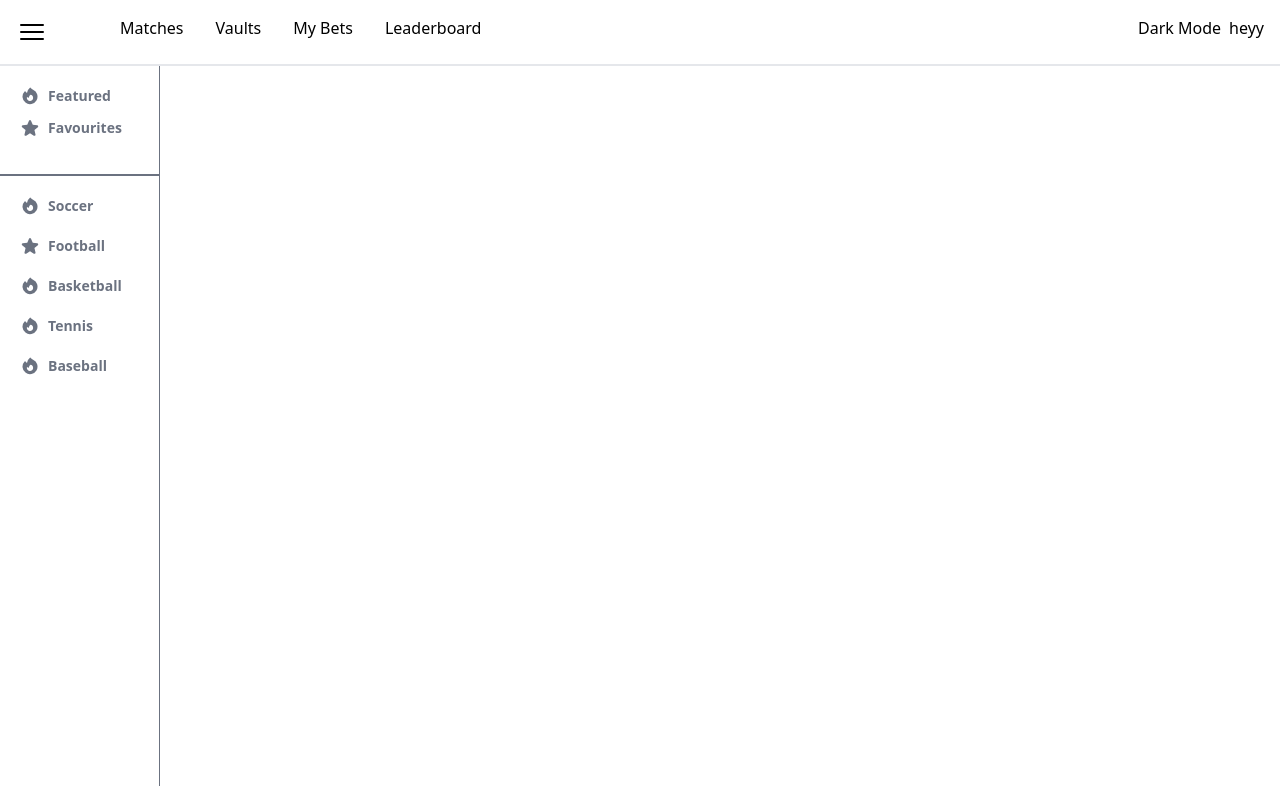
Repository: thekingisherenow/Betterbook
Page: /
These files come from the project's save history. The page is drawn as it stood at one moment and after the next save; the edit follows.
The browser window is 1280 px wide. The pictures show the whole page.
The project was rebuilt for these pictures with package versions that can differ from the ones it lists, and the page was loaded fresh each time. The framework's server and built-in components were replaced by stand-ins that run in the browser. Also part of the build but not shown: next.config.js.

Above is the page before, as saved 2023-01-16 23:30:08.

After the next save:
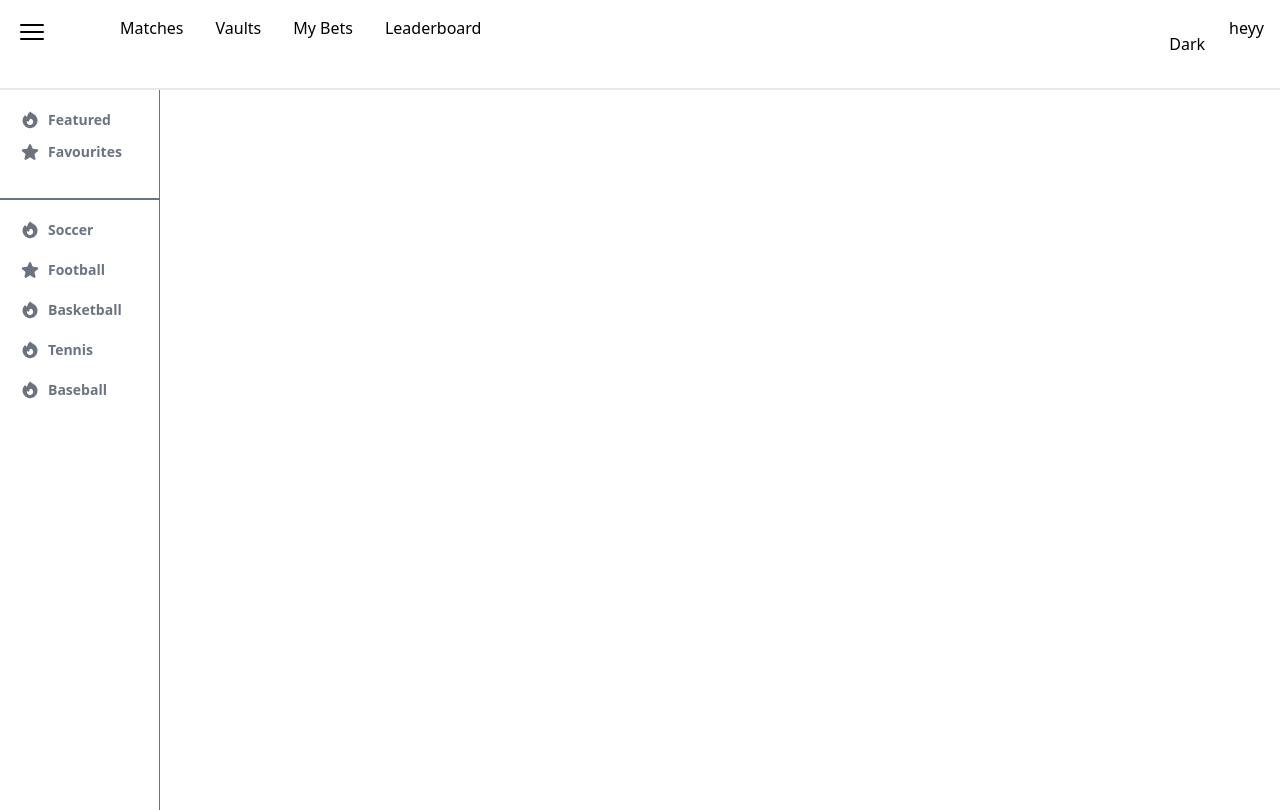
Saved 46 s later.
--- a/src/components/Typography/Header.tsx
+++ b/src/components/Typography/Header.tsx
@@ -18,8 +18,8 @@
 
         </div>
         <div className='flex space-x-2 justify-end ml-auto '>
-          <div>
-            Dark Mode
+          <div className='p-4'>
+            Dark
             </div>
             <div>
               heyy

After the save that followed:
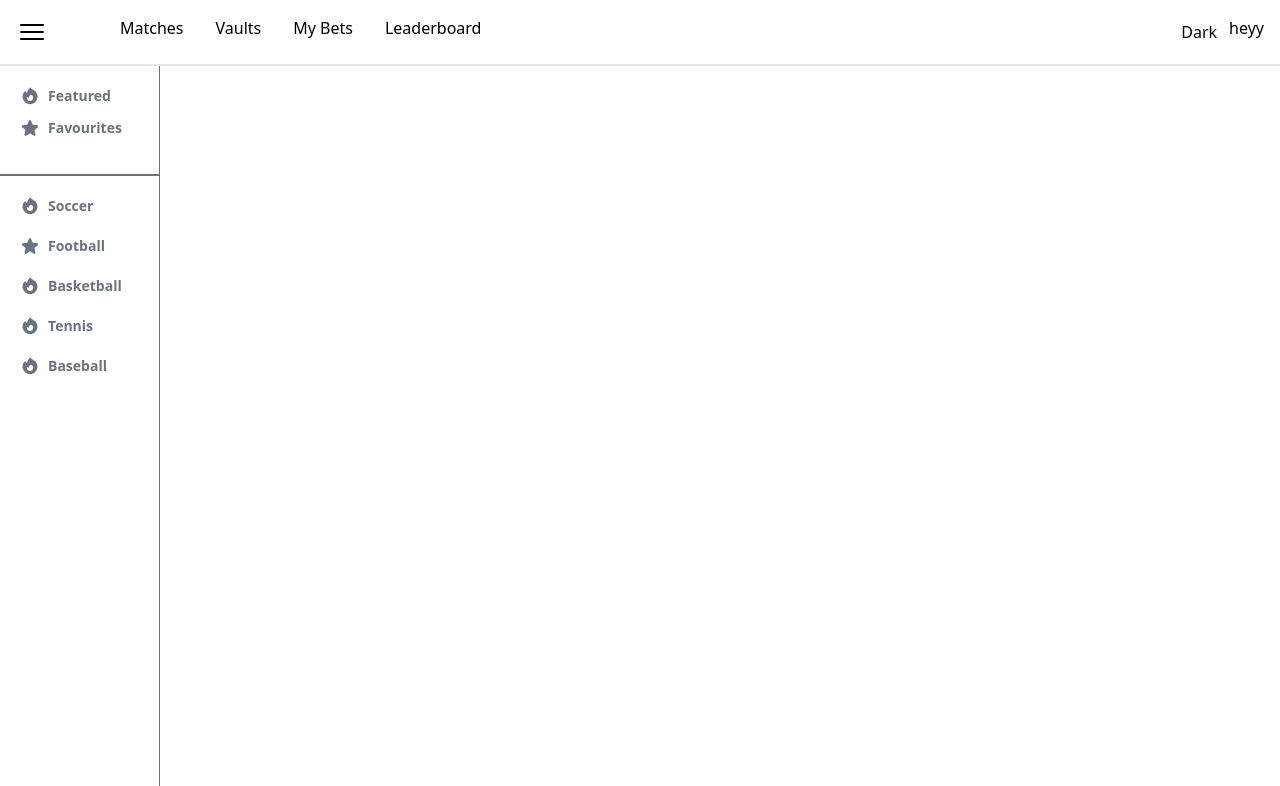
Saved 4 s later.
--- a/src/components/Typography/Header.tsx
+++ b/src/components/Typography/Header.tsx
@@ -18,7 +18,7 @@
 
         </div>
         <div className='flex space-x-2 justify-end ml-auto '>
-          <div className='p-4'>
+          <div className='p-1'>
             Dark
             </div>
             <div>
